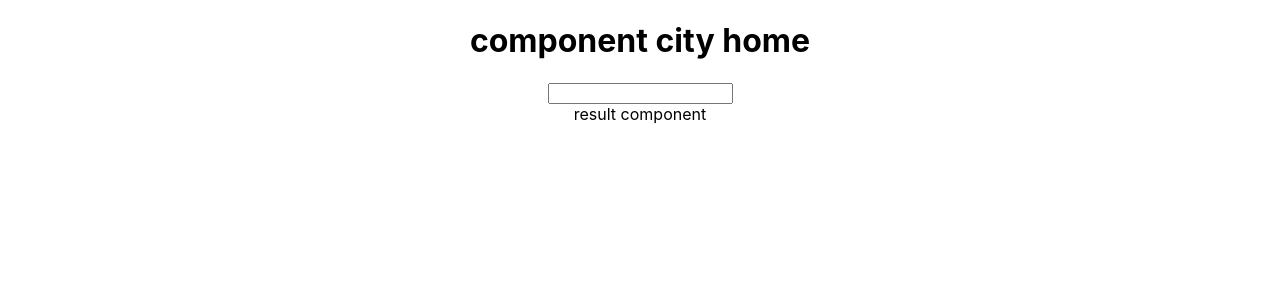
Repository: julieLyM/app-weather
Page: / (app in client/)
The author's editor kept a copy of each file at every save. The page is drawn from the files as they stood at one save, then again after the next save.
The browser window is 1280 px wide. The pictures show the whole page.
The project was rebuilt for these pictures with package versions that can differ from the ones it lists, and the page was loaded fresh each time.

Above is the page before, as saved 2020-08-28 10:08:17.

### client/src/App.js
import React from "react";
import City from "./components/City";
import "./App.css";

function App() {
  return (
    <div className="App">
      <City />
    </div>
  );
}

export default App;

### client/src/components/City.js
import React, { Component } from 'react';
import { Results } from './Results';

export default class City extends Component {
  state = {
    city: '',
  };

  render() {
    return (
      <div>
        <h1>component city home</h1>
        <input></input>
        <Results />
      </div>
    );
  }
}

### client/src/components/Results.js
import React from 'react';

export const Results = () => {
  return <div>result component</div>;
};

Loaded but not shown: client/public/index.html (common file); client/src/index.js (common file); client/src/index.css (common file); client/src/serviceWorker.js (common file); client/src/App.css (common file)

After the next save:
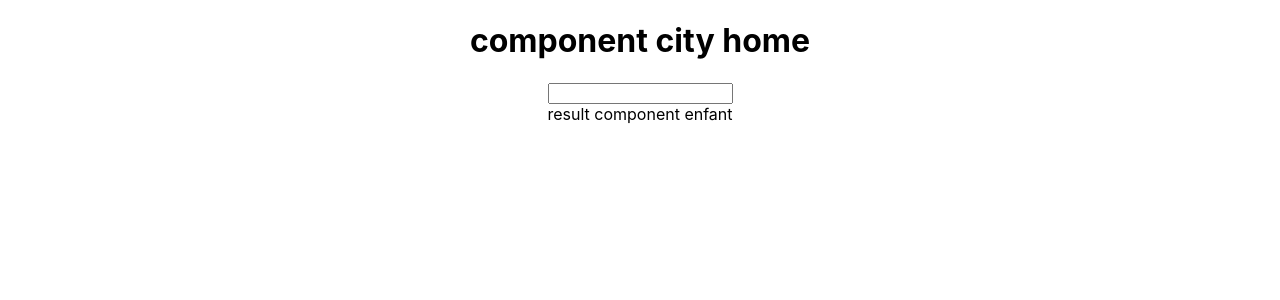
Saved 4 s later.
--- a/client/src/components/Results.js
+++ b/client/src/components/Results.js
@@ -1,5 +1,5 @@
 import React from 'react';
 
 export const Results = () => {
-  return <div>result component</div>;
+  return <div>result component enfant</div>;
 };
